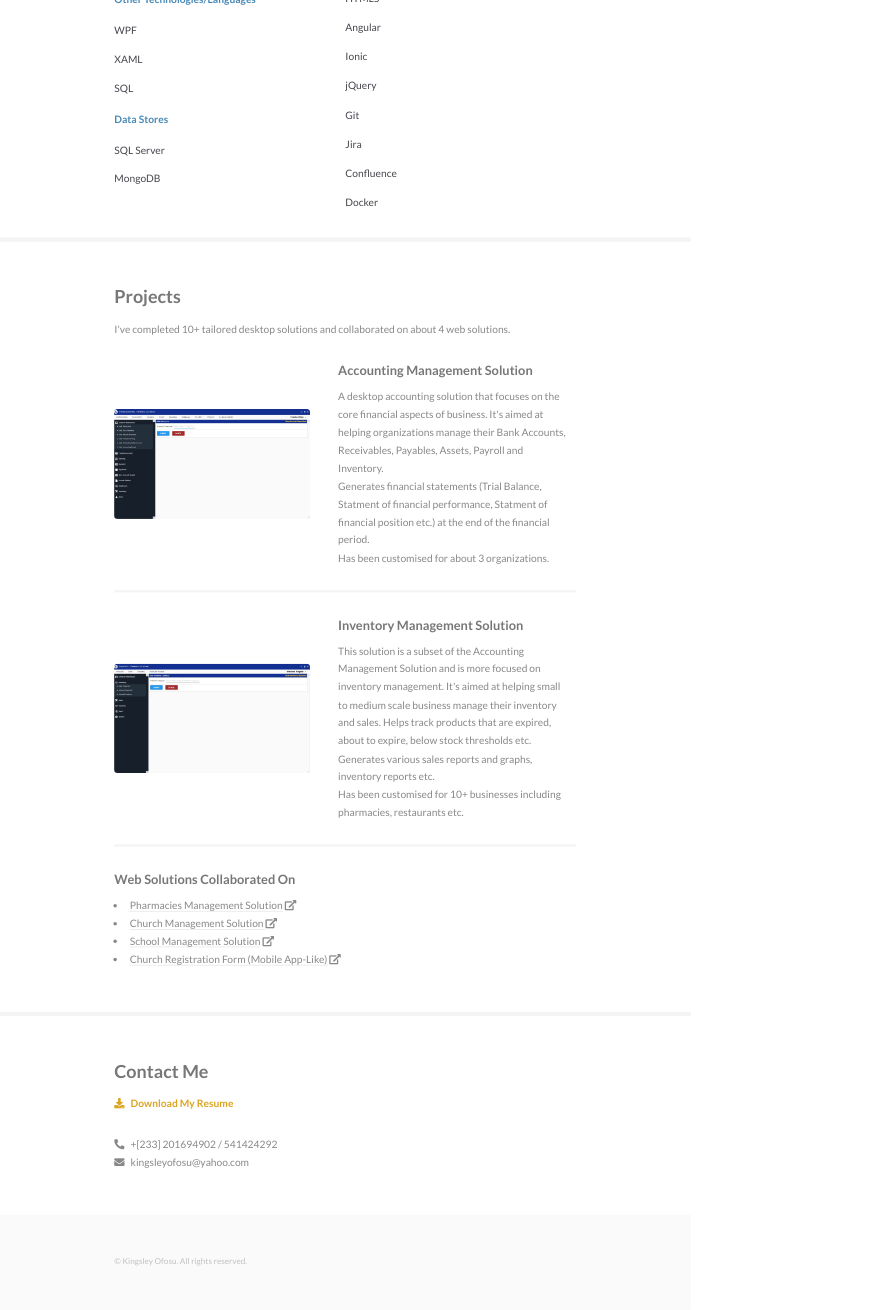
Repository: KOfosu/kingsleyofosu
Page: index.html
These files come from the project's save history. The page is drawn as it stood at one moment and after the next save; the edit follows.
The browser window is 1280 px wide. The pictures show the part of the page from y = 1036 to 2956 px (the page is 2907 px tall before and 2956 px after), at 70% of full size.

Above is the page before, as saved 2020-06-08 16:15:21.

### index.html
<!DOCTYPE HTML>
<html lang="en">

<head>
	<title>Kingsley Ofosu</title>
	<meta charset="utf-8" />
	<meta name="viewport" content="width=device-width, initial-scale=1" />
	<meta name="keywords" content="Software Developer, Kingsley, Ofosu, Kingsley Ofosu" />
	<meta name="description" content="Software Developer, Kingsley, Ofosu, Kingsley Ofosu" />
	<link rel="icon" href="images/favicon.ico">
	<link rel="stylesheet" href="assets/css/main.css" />
</head>

<body class="is-preload">

	<!-- Header -->
	<section id="header">
		<header>
			<span class="image avatar"><img src="images/profile-pic.jpg" alt="" /></span>
			<h1 id="logo"><a href="#about">Kingsley Ofosu</a></h1>
			<p>Web/Desktop Developer<br /></p>
		</header>
		<nav id="nav">
			<ul>
				<li><a href="#about" class="active">About</a></li>
				<li><a href="#skills">Skills</a></li>
				<li><a href="#portfolio">Portfolio</a></li>
				<li><a href="#contact">Contact</a></li>

			</ul>
		</nav>
		<footer>
			<ul class="icons">
				<li><a target="_blank" rel="noopener" href="https://www.linkedin.com/in/kingsleyofosu/"
						class="icon brands fa-linkedin"><span class="label">LinkedIn</span></a></li>
				<li><a target="_blank" rel="noopener" href="https://github.com/KOfosu/"
						class="icon brands fa-github"><span class="label">Github</span></a></li>
				<li><a target="_blank" rel="noopener" href="https://twitter.com/kingsleyofosu_/"
						class="icon brands fa-twitter"><span class="label">Twitter</span></a></li>
				<li><a target="_blank" rel="noopener" href="mailto:kingsleyofosu@yahoo.com"
						class="icon solid fa-envelope"><span class="label">Email</span></a></li>
			</ul>
		</footer>
	</section>

	<!-- Wrapper -->
	<div id="wrapper">

		<!-- Main -->
		<div id="main">

			<!-- One -->
			<!-- ******************************** About Me -->
			<section id="about">
				<div class="image main" data-position="center">
					<img src="images/banner.jpg" alt="Profile picture" />
				</div>
				<div class="container">
					<header class="major">
						<h2>Who is Kingsley?</h2>
						<p>A results-driven Software Developer<br />
							with a passion for devising tailored solutions.</p>
					</header>
					<p>I've developed solutions for enterprise clients such as Golden Mainland
						Ghana Limited and Ghana National Fire Service Welfare Scheme,
						as well as other reputable businesses.
						I specialize in building tailored applications/solutions meeting the business needs of my
						clients.
						I've done most of my works in desktop development, database management and collaborated on a
						couple of web developments.
					</p>

				</div>
			</section>


			<!-- ******************************* Skills  -->
			<!-- Two -->
			<section id="skills">
				<div class="container">
					<h3>What I Know And Can Work With</h3>
					<div class="skills-list">
						<div class="skills-table-one">
							<table>
								<tr>
									<td class="headings">Programming Languages</td>
								</tr>
								<tr>
									<td>JavaScript</td>
									<td>
										<!-- <i class="fas fa-star"><i class="fas fa-star"><i class="fas fa-star"><i -->
										<!-- class="fas fa-star"><i class="far fa-star"> -->
									<td>
								</tr>
								<tr>
									<td>C#</td>
									<td>
										<!-- <i class="fas fa-star"><i class="fas fa-star"><i class="fas fa-star"><i -->
										<!-- class="fas fa-star"><i class="far fa-star"> -->
									<td>
								</tr>
								<tr>
									<td>VB.Net</td>
									<td>
										<!-- <i class="fas fa-star"><i class="fas fa-star"><i class="fas fa-star"><i -->
										<!-- class="fas fa-star"><i class="far fa-star"> -->
									<td>
								</tr>

								<tr>
									<td class="headings">Other Technologies/Languages</td>
								</tr>
								<tr>
									<td>WPF</td>
									<td>
										<!-- <i class="fas fa-star"><i class="fas fa-star"><i class="fas fa-star"><i -->
										<!-- class="fas fa-star"><i class="fas fa-star"> -->
									<td>
								</tr>
								<tr>
									<td>XAML</td>
									<td>
										<!-- <i class="fas fa-star"><i class="fas fa-star"><i class="fas fa-star"><i -->
										<!-- class="fas fa-star"><i class="far fa-star"> -->
									<td>
								</tr>
								<tr>
									<td>SQL</td>
									<td>
										<!-- <i class="fas fa-star"><i class="fas fa-star"><i class="fas fa-star"><i -->
										<!-- class="fas fa-star"><i class="far fa-star"> -->
									<td>
								</tr>
								<tr>
									<td class="headings">Data Stores</td>
								</tr>
								<tr>
									<td>SQL Server</td>
									<td>
										<!-- <i class="fas fa-star"><i class="fas fa-star"><i class="fas fa-star"><i -->
										<!-- class="fas fa-star"><i class="far fa-star"> -->
									<td>
								</tr>
								<tr>
									<td>MongoDB</td>
									<td>
										<!-- <i class="fas fa-star"><i class="fas fa-star"><i class="fas fa-star"><i -->
										<!-- class="fas fa-star"><i class="far fa-star"> -->
									<td>
								</tr>
							</table>
						</div>

						<div class="skills-table-two">
							<table>
								<tr>
									<td class="headings">Web Technologies/Tools</td>
								</tr>

								<tr>
									<td>Node.js</td>
									<td>
										<!-- <i class="fas fa-star"><i class="fas fa-star"><i class="fas fa-star"><i -->
										<!-- class="fas fa-star"><i class="far fa-star"> -->
									<td>
								</tr>
								<tr>
									<td>Express.js</td>
									<td>
										<!-- <i class="fas fa-star"><i class="fas fa-star"><i class="fas fa-star"><i -->
										<!-- class="fas fa-star"><i class="far fa-star"> -->
									<td>
								</tr>
								<tr>
									<td>CSS3</td>
									<td>
										<!-- <i class="fas fa-star"><i class="fas fa-star"><i class="fas fa-star"><i -->
										<!-- class="far fa-star"><i class="far fa-star"> -->
									<td>
								</tr>
								<tr>
									<td>HTML5</td>
									<td>
										<!-- <i class="fas fa-star"><i class="fas fa-star"><i class="fas fa-star"><i -->
										<!-- class="fas fa-star"><i class="far fa-star"> -->
									<td>
								</tr>
								<tr>
									<td>Angular</td>
									<td>
										<!-- <i class="fas fa-star"><i class="fas fa-star"><i class="fas fa-star"><i -->
										<!-- class="far fa-star"><i class="far fa-star"> -->
									<td>
								</tr>
								<!-- <tr>
									<td>React</td>
									<td><i class="fas fa-star"><i class="fas fa-star"><i class="far fa-star"><i class="far fa-star"><i class="far fa-star"><td>
								</tr> -->
								<tr>
									<td>Ionic</td>
									<td>
										<!-- <i class="fas fa-star"><i class="fas fa-star"><i class="fas fa-star"><i -->
										<!-- class="far fa-star"><i class="far fa-star"> -->
									<td>
								</tr>
								<tr>
									<td>jQuery</td>
									<td>
										<!-- <i class="fas fa-star"><i class="fas fa-star"><i class="fas fa-star"><i -->
										<!-- class="far fa-star"><i class="far fa-star"> -->
									<td>
								</tr>
								<tr>
									<td>Git</td>
									<td>
										<!-- <i class="fas fa-star"><i class="fas fa-star"><i class="fas fa-star"><i -->
										<!-- class="fas fa-star"><i class="far fa-star"> -->
									<td>
								</tr>
								<tr>
									<td>Jira</td>
									<td>
										<!-- <i class="fas fa-star"><i class="fas fa-star"><i class="fas fa-star"><i -->
										<!-- class="fas fa-star"><i class="far fa-star"> -->
									<td>
								</tr>
								<tr>
									<td>Confluence</td>
									<td>
										<!-- <i class="fas fa-star"><i class="fas fa-star"><i class="fas fa-star"><i -->
										<!-- class="fas fa-star"><i class="far fa-star"> -->
									<td>
								</tr>
								<tr>
									<td>Docker</td>
									<td>
										<!-- <i class="fas fa-star"><i class="fas fa-star"><i class="fas fa-star"><i -->
										<!-- class="fas fa-star"><i class="far fa-star"> -->
									<td>
								</tr>
							</table>
						</div>
					</div>
				</div>
			</section>

			<!-- ***************************** Projects -->
			<!-- Three -->
			<section id="portfolio">
				<div class="container">
					<h3>Projects</h3>
					<p>I've completed 10+ tailored desktop solutions and collaborated on about 4 web solutions.</p>
					<div class="features">
						<article>
							<a href="images/thinkaccounting.JPG" target="_blank" rel="noopener" class="image"><img
									src="images/thinkaccounting.JPG" alt="Image of Accounting System Interface" /></a>
							<div class="inner">
								<h4>Accounting Management Solution</h4>
								<p>A desktop accounting solution that focuses on the core financial aspects of business.
									It's aimed at helping organizations manage their Bank Accounts, Receivables,
									Payables, Assets, Payroll and Inventory. <br>
									Generates financial statements (Trial Balance, Statment of financial performance,
									Statment of financial position etc.)
									at the end of the financial period. <br>
									Has been customised for about 3 organizations.
								</p>
							</div>
						</article>
						<article>
							<a href="images/thinksales.JPG" target="_blank" rel="noopener" class="image"><img
									src="images/thinksales.JPG" alt="Image of inventory System Interface" /></a>
							<div class="inner">
								<h4>Inventory Management Solution</h4>
								<p>This solution is a subset of the Accounting Management Solution and is more focused
									on inventory management.
									It's aimed at helping small to medium scale business manage their inventory and
									sales.
									Helps track products that are expired, about to expire, below stock thresholds etc.
									<br>
									Generates various sales reports and graphs, inventory reports etc. <br>
									Has been customised for 10+ businesses including pharmacies, restaurants etc.
								</p>
							</div>
						</article>
						<article>
							<div class="inner web">
								<h4>Web Solutions Collaborated On</h4>
								<ul>
									<li><a target="_blank" rel="noopener"
											href="https://www.medrxapp.thinkwell.app">Pharmacies
											Management Solution</a> <span
											class="icon solid fa-external-link-alt"></span></li>
									<li><a target="_blank" rel="noopener"
											href="https://www.thinkchurch.thinkwell.app">Church
											Management Solution </a><span
											class="icon solid fa-external-link-alt"></span></li>
									<li><a target="_blank" rel="noopener" href="https://www.adesua.thinkwell.app">School
											Management
											Solution</a> <span class="icon solid fa-external-link-alt"></span></li>
									<li><a target="_blank" rel="noopener"
											href="https://kingdomadvanceoutreach.herokuapp.com/">Church Registration
											Form (Mobile App-Like)</a> <span
											class="icon solid fa-external-link-alt"></span></li>
								</ul>
							</div>
						</article>
					</div>
				</div>
			</section>
			<!-- ***************************** Contact -->
			<!-- Four -->
			<section id="contact">
				<div class="container">
					<h3>Contact Me</h3>
					<p><a href="./assets/resume.pdf" target="_blank" rel="noopener"
							class="icon solid fa-download download" download><span> &nbsp; Download My Resume</span></a>
					</p>
					<p><span class="icon solid fa-phone-alt"> &nbsp; +[233] 201694902 / 541424292 </span><br>
						<span class="icon solid fa-envelope"> &nbsp; kingsleyofosu@yahoo.com </span>
					</p>
				</div>
			</section>
		</div>

		<!-- Footer -->
		<section id="footer">
			<div class="container">
				<ul class="copyright">
					<li>&copy; Kingsley Ofosu. All rights reserved.</li>
				</ul>
			</div>
		</section>

	</div>

	<!-- Scripts -->
	<script src="assets/js/jquery.min.js"></script>
	<script src="assets/js/jquery.scrollex.min.js"></script>
	<script src="assets/js/jquery.scrolly.min.js"></script>
	<script src="assets/js/browser.min.js"></script>
	<script src="assets/js/breakpoints.min.js"></script>
	<script src="assets/js/util.js"></script>
	<script src="assets/js/main.js"></script>
</body>

</html>

Loaded but not shown: assets/css/fontawesome-all.min.css (library); assets/js/jquery.min.js (library); assets/js/jquery.scrollex.min.js (common file); assets/js/jquery.scrolly.min.js (common file); assets/js/browser.min.js (common file); assets/js/breakpoints.min.js (common file); assets/js/util.js (587 lines, source omitted); assets/js/main.js (159 lines, source omitted); assets/css/main.css (3580 lines, source omitted)

After the next save:
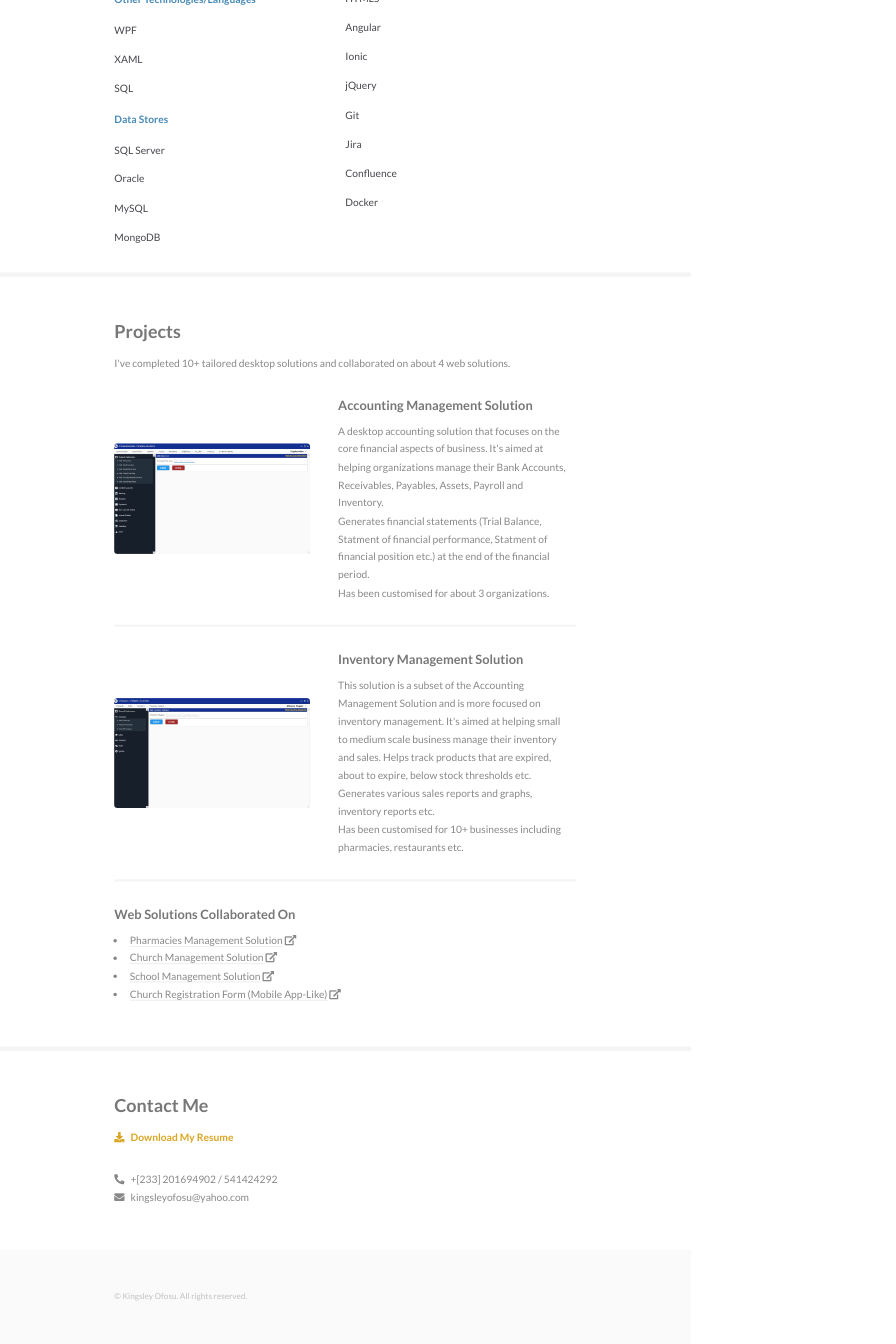
Saved 91 s later.
--- a/index.html
+++ b/index.html
@@ -136,6 +136,20 @@
 								</tr>
 								<tr>
 									<td>SQL Server</td>
+									<td>
+										<!-- <i class="fas fa-star"><i class="fas fa-star"><i class="fas fa-star"><i -->
+										<!-- class="fas fa-star"><i class="far fa-star"> -->
+									<td>
+								</tr>
+								<tr>
+									<td>Oracle</td>
+									<td>
+										<!-- <i class="fas fa-star"><i class="fas fa-star"><i class="fas fa-star"><i -->
+										<!-- class="fas fa-star"><i class="far fa-star"> -->
+									<td>
+								</tr>
+								<tr>
+									<td>MySQL</td>
 									<td>
 										<!-- <i class="fas fa-star"><i class="fas fa-star"><i class="fas fa-star"><i -->
 										<!-- class="fas fa-star"><i class="far fa-star"> -->
